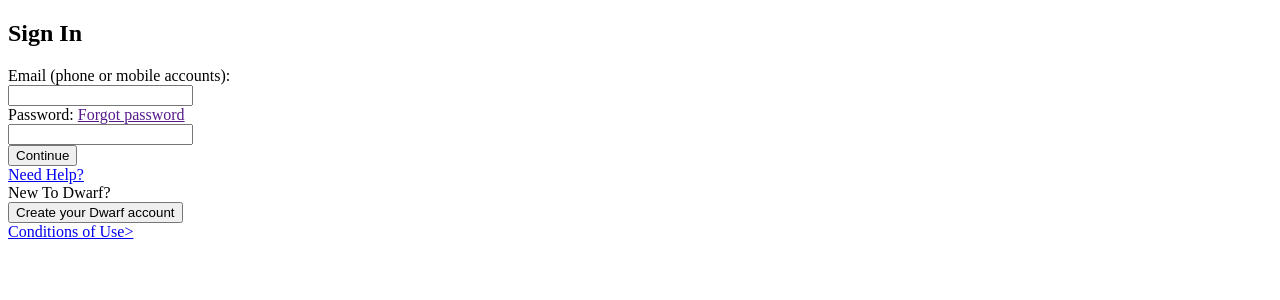
Repository: brittmarie333/replica
Page: index.html
An editor plug-in stored every save of this project. The page is shown before and after a run of saves, followed by the edit.
The browser window is 1280 px wide. The pictures show the whole page.

Above is the page before, as saved 2023-11-12 18:22:09.

After the next 5 saves:
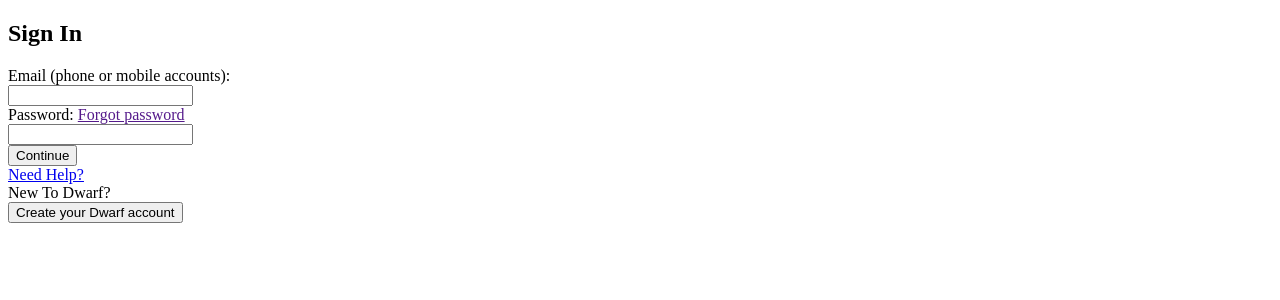
The 5 saves are shown as one change because they came seconds apart.
The last was saved 42 s later.
--- a/index.html
+++ b/index.html
@@ -20,7 +20,7 @@
       <br>
       <button id="create">Create your Dwarf account</button>
       <br>
-      <a href="http">Conditions of Use> </a>
+      <a href="http"
       <a href="http://.></a> <a>Conditions of Use></a>
 
 
